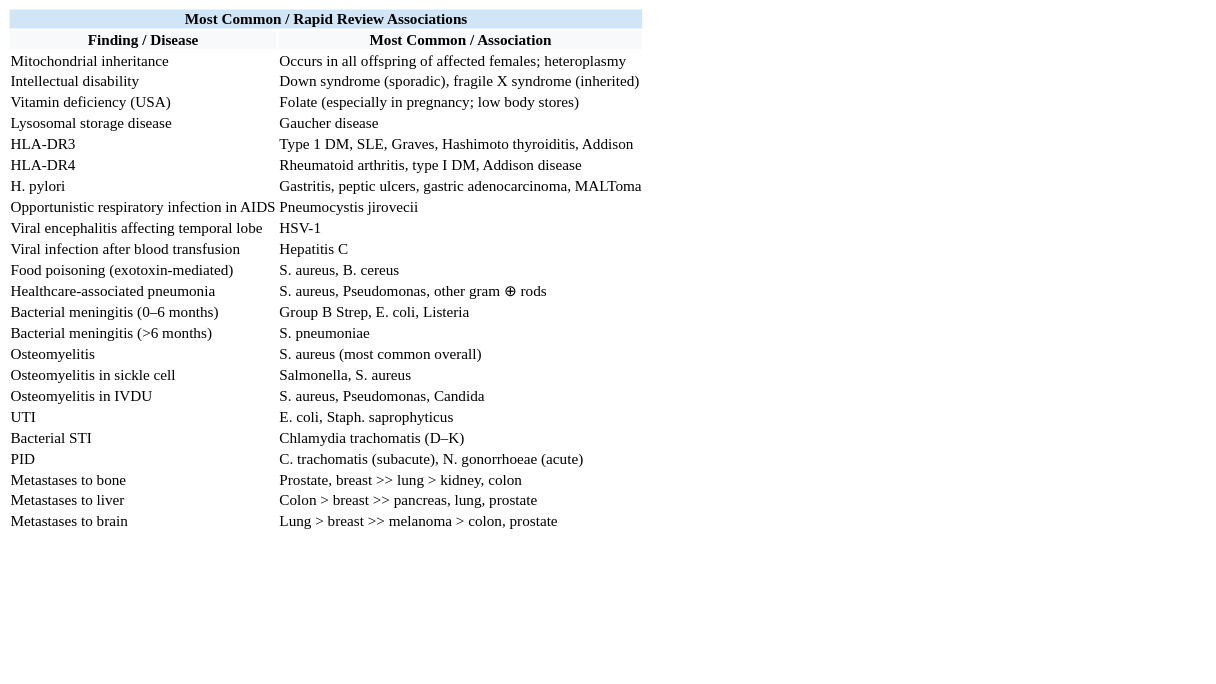
Repository: sharperdragon/STEVEL-1-Summaries
Page: subdex/rapid_review_associations.html
An editor plug-in stored every save of this project. The page is shown before and after the next save, followed by the edit.
The browser window is 1280 px wide. The pictures show the whole page, at 95% of full size.

Above is the page before, as saved 2025-05-20 23:17:45.

After the next save:
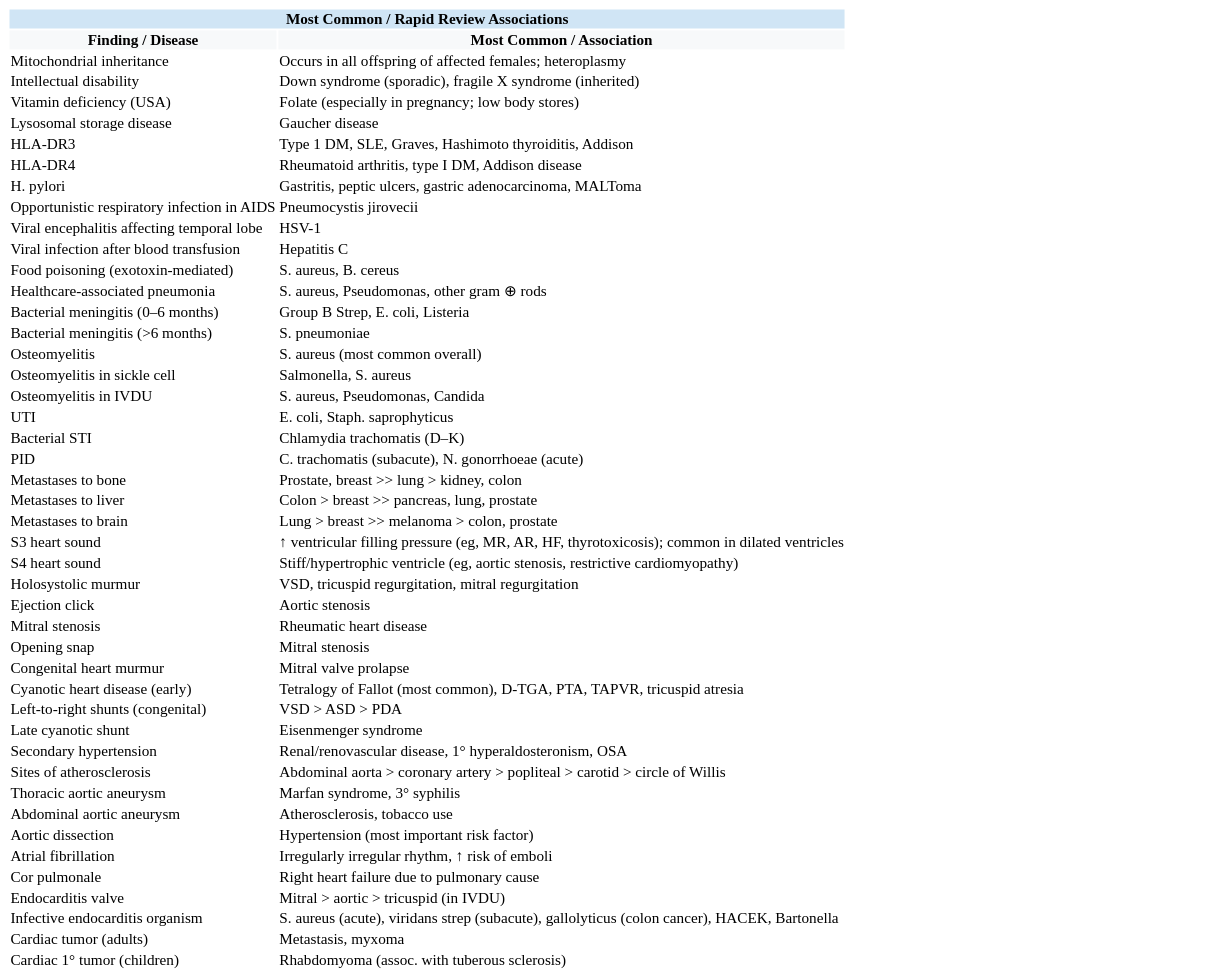
Saved 54 s later.
--- a/subdex/rapid_review_associations.html
+++ b/subdex/rapid_review_associations.html
@@ -104,6 +104,90 @@
         <td>Metastases to brain</td>
         <td>Lung &gt; breast &gt;&gt; melanoma &gt; colon, prostate</td>
       </tr>
+      <tr>
+        <td>S3 heart sound</td>
+        <td>↑ ventricular filling pressure (eg, MR, AR, HF, thyrotoxicosis); common in dilated ventricles</td>
+      </tr>
+      <tr>
+        <td>S4 heart sound</td>
+        <td>Stiff/hypertrophic ventricle (eg, aortic stenosis, restrictive cardiomyopathy)</td>
+      </tr>
+      <tr>
+        <td>Holosystolic murmur</td>
+        <td>VSD, tricuspid regurgitation, mitral regurgitation</td>
+      </tr>
+      <tr>
+        <td>Ejection click</td>
+        <td>Aortic stenosis</td>
+      </tr>
+      <tr>
+        <td>Mitral stenosis</td>
+        <td>Rheumatic heart disease</td>
+      </tr>
+      <tr>
+        <td>Opening snap</td>
+        <td>Mitral stenosis</td>
+      </tr>
+      <tr>
+        <td>Congenital heart murmur</td>
+        <td>Mitral valve prolapse</td>
+      </tr>
+      <tr>
+        <td>Cyanotic heart disease (early)</td>
+        <td>Tetralogy of Fallot (most common), D-TGA, PTA, TAPVR, tricuspid atresia</td>
+      </tr>
+      <tr>
+        <td>Left-to-right shunts (congenital)</td>
+        <td>VSD &gt; ASD &gt; PDA</td>
+      </tr>
+      <tr>
+        <td>Late cyanotic shunt</td>
+        <td>Eisenmenger syndrome</td>
+      </tr>
+      <tr>
+        <td>Secondary hypertension</td>
+        <td>Renal/renovascular disease, 1° hyperaldosteronism, OSA</td>
+      </tr>
+      <tr>
+        <td>Sites of atherosclerosis</td>
+        <td>Abdominal aorta &gt; coronary artery &gt; popliteal &gt; carotid &gt; circle of Willis</td>
+      </tr>
+      <tr>
+        <td>Thoracic aortic aneurysm</td>
+        <td>Marfan syndrome, 3° syphilis</td>
+      </tr>
+      <tr>
+        <td>Abdominal aortic aneurysm</td>
+        <td>Atherosclerosis, tobacco use</td>
+      </tr>
+      <tr>
+        <td>Aortic dissection</td>
+        <td>Hypertension (most important risk factor)</td>
+      </tr>
+      <tr>
+        <td>Atrial fibrillation</td>
+        <td>Irregularly irregular rhythm, ↑ risk of emboli</td>
+      </tr>
+      <tr>
+        <td>Cor pulmonale</td>
+        <td>Right heart failure due to pulmonary cause</td>
+      </tr>
+      <tr>
+        <td>Endocarditis valve</td>
+        <td>Mitral &gt; aortic &gt; tricuspid (in IVDU)</td>
+      </tr>
+      <tr>
+        <td>Infective endocarditis organism</td>
+        <td>S. aureus (acute), viridans strep (subacute), gallolyticus (colon cancer), HACEK, Bartonella</td>
+      </tr>
+      <tr>
+        <td>Cardiac tumor (adults)</td>
+        <td>Metastasis, myxoma</td>
+      </tr>
+      <tr>
+        <td>Cardiac 1° tumor (children)</td>
+        <td>Rhabdomyoma (assoc. with tuberous sclerosis)</td>
+      </tr>
     </tbody>
   </table>
 </div>
